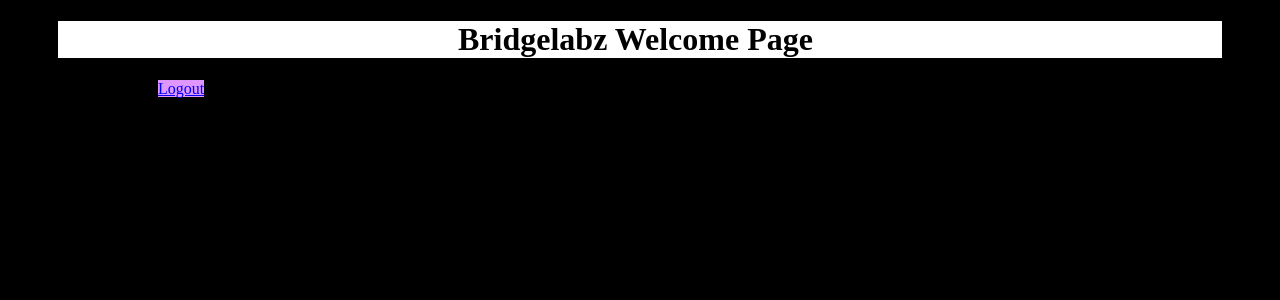
Repository: MarkFernandes11/Advanced-Java
Page: http://localhost/Login/welcome.jsp
The author's editor kept a copy of each file at every save. The page is drawn from the files as they stood at one save, then again after the next save.
The browser window is 1280 px wide. The pictures show the whole page.
The page is served by Tomcat 9.

Above is the page before, as saved 2019-09-26 12:50:03.

After the next save:
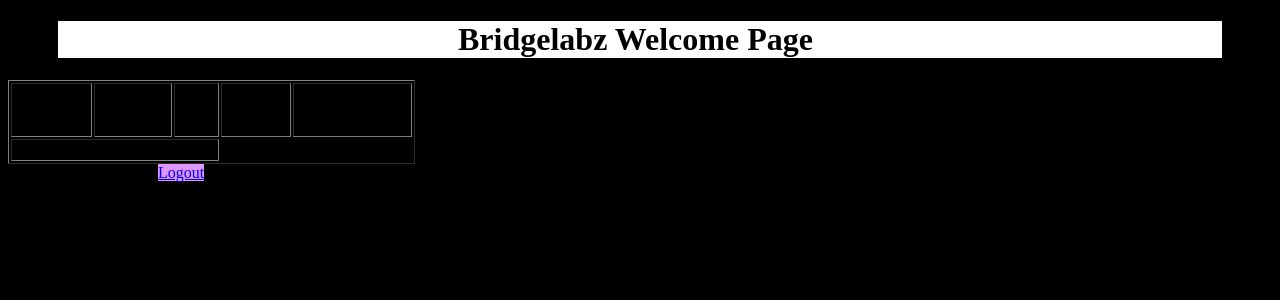
Saved 37 s later.
--- a/Login/WebContent/welcome.jsp
+++ b/Login/WebContent/welcome.jsp
@@ -1,3 +1,7 @@
+<%@page import="java.util.ArrayList"%>
+<%@page import="java.util.List"%>
+<%@page import="com.login.User"%>
+<%@page import="java.util.ListIterator"%>
 <%@ page language="java" contentType="text/html; charset=UTF-8"
     pageEncoding="UTF-8"%>
 <!DOCTYPE html>
@@ -12,6 +16,40 @@
 			<h1>Bridgelabz Welcome Page</h1>
 	</header>
 
+	<table border="1px solid #000;">
+		<tr>
+			<th><b><p>First Name</p></b></th>
+			<th><b><p>Last Name</p></b></th>
+			<th><b><p>Email</p></b></th>
+			<th><b><p>Password</p></b></th>
+			<th><b><p>Contact Number</p></b></th>
+		</tr>
+
+		<%List<User> list = (ArrayList<User>)request.getAttribute("userlist");
+
+		if(list != null)	{
+
+		for(User u : list)
+			{
+			%>
+			<tr>
+			<!-- <td colspan=3>User list </td> -->
+				<td colspan="1"><% out.print(u.getFirstname());%></td>
+				<td colspan="1"><% out.print(u.getLastname());%></td>
+				<td colspan="1"><% out.print(u.getEmail());%></td>
+				<td colspan="1"><% out.print(u.getPassword());%></td>
+				<td colspan="1"><% out.print(u.getContactNumber());%></td>
+			</tr>
+		<%
+			}
+		}else{
+		%>
+		<tr>
+			<td colspan=3>User list User list is empty
+		</td>
+		</tr>
+		<%} %>
+	</table>
 
 	<a href="login.jsp">Logout</a>
 </body>
